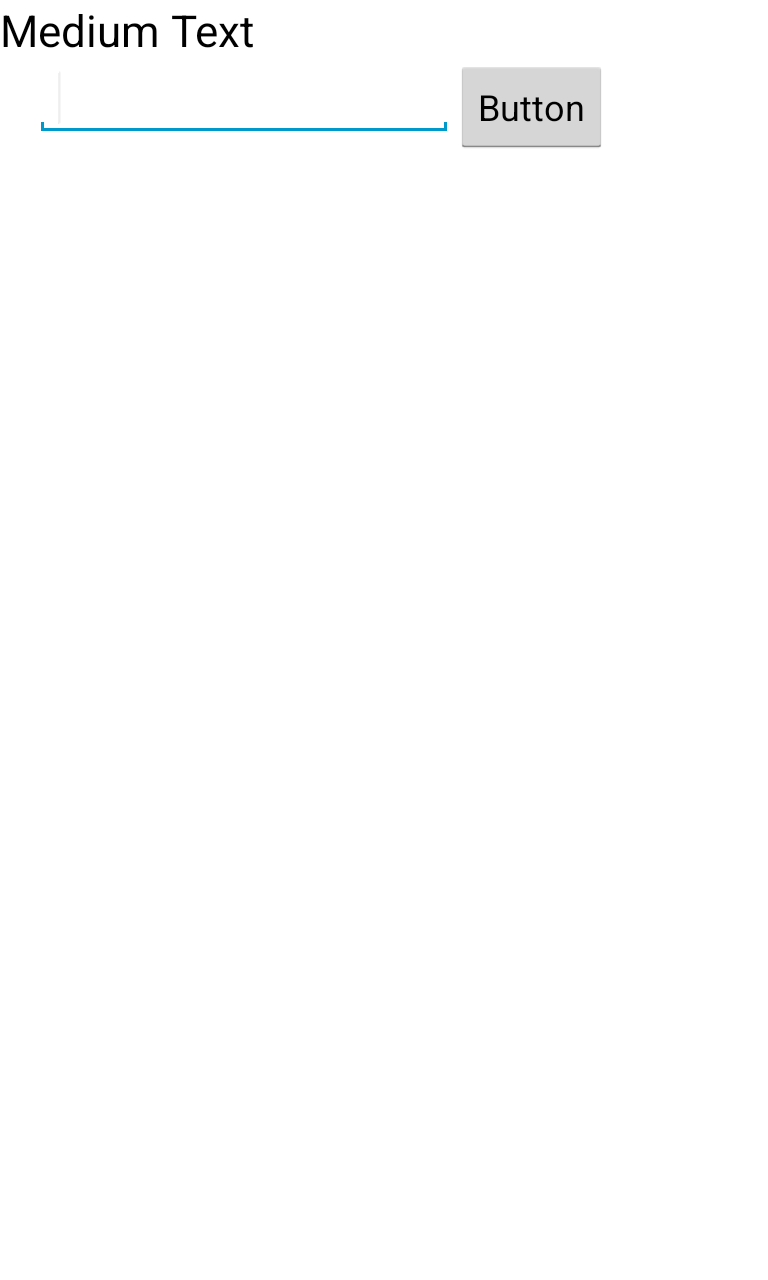
Repository: laurenelder/Java2_Elder
Layout: MovieLookup/res/layout/activity_main.xml
These files come from the project's save history. The layout is drawn as it stood at one moment and after a run of saves; the edit follows.
It is drawn on a 768 x 1280 px phone screen (xhdpi) without system bars, with theme AppTheme; the app's code is not run. Lists and similar views that code fills are empty.

Above is the layout before, as saved 2014-07-09 23:21:21.

After the next 2 saves:
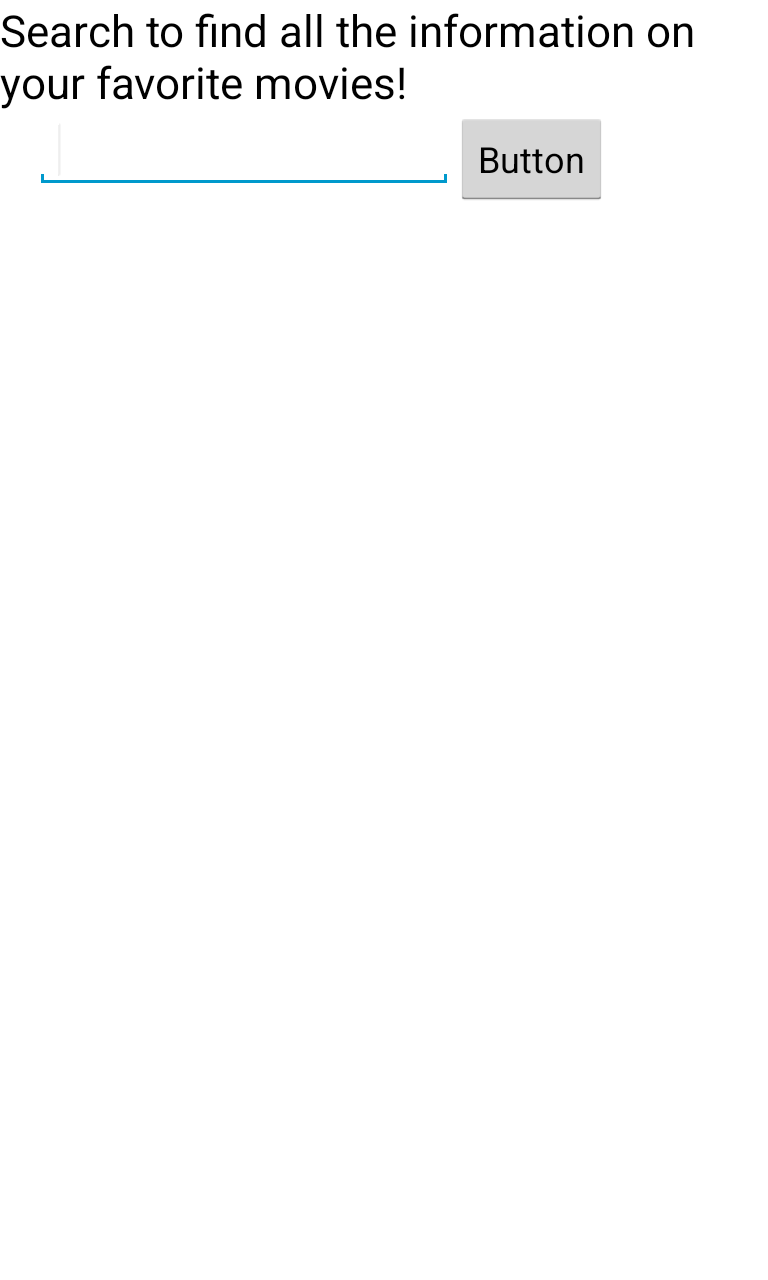
The 2 saves are shown as one change because 1 did not build or start.
The last was saved 2 min 5 s later.
--- a/MovieLookup/res/layout/activity_main.xml
+++ b/MovieLookup/res/layout/activity_main.xml
@@ -11,7 +11,7 @@
         android:id="@+id/textView1"
         android:layout_width="wrap_content"
         android:layout_height="wrap_content"
-        android:text="Medium Text"
+        android:text="@string/title_text"
         android:textAppearance="?android:attr/textAppearanceLarge" />
 
     <RelativeLayout
